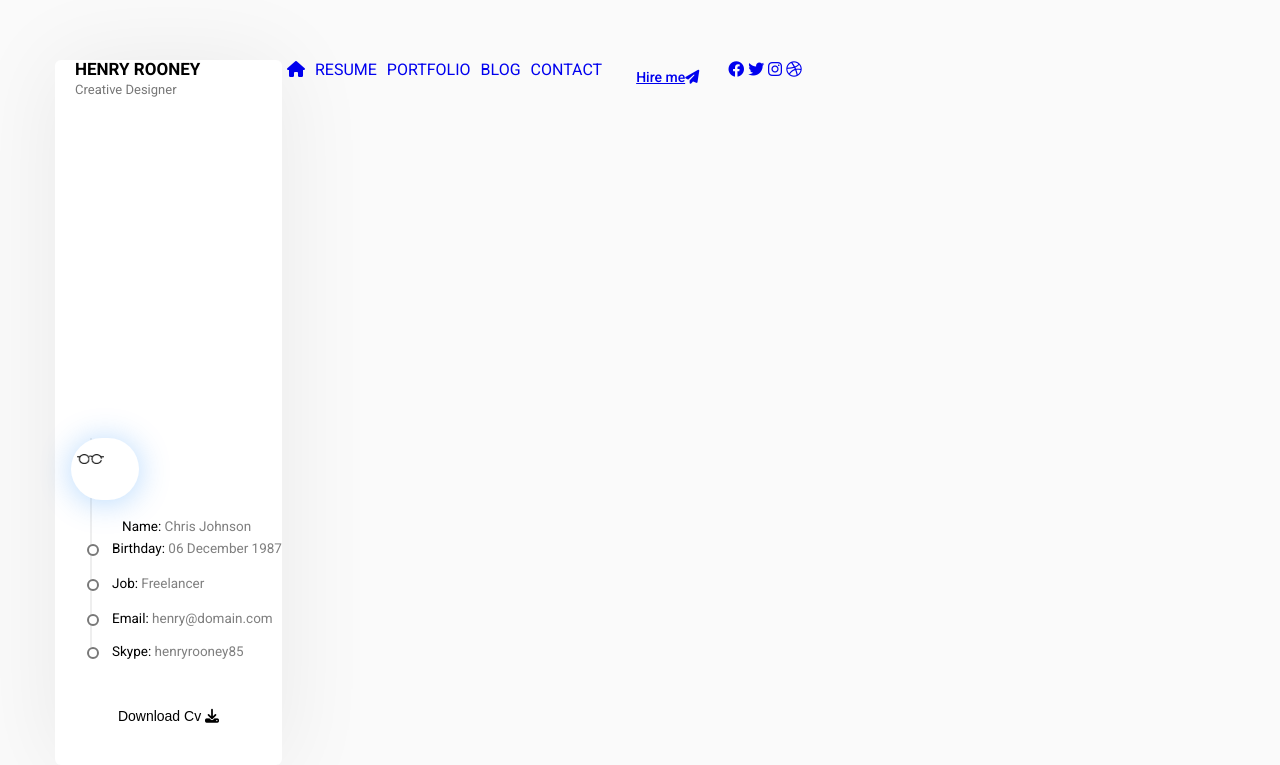
Repository: Lehuyhuynh/mat
Page: index.html
The author's editor kept a copy of each file at every save. The page is drawn from the files as they stood at one save, then again after the next save.
The browser window is 1280 px wide. The pictures show the whole page.

Above is the page before, as saved 2023-04-12 14:06:43.

After the next save:
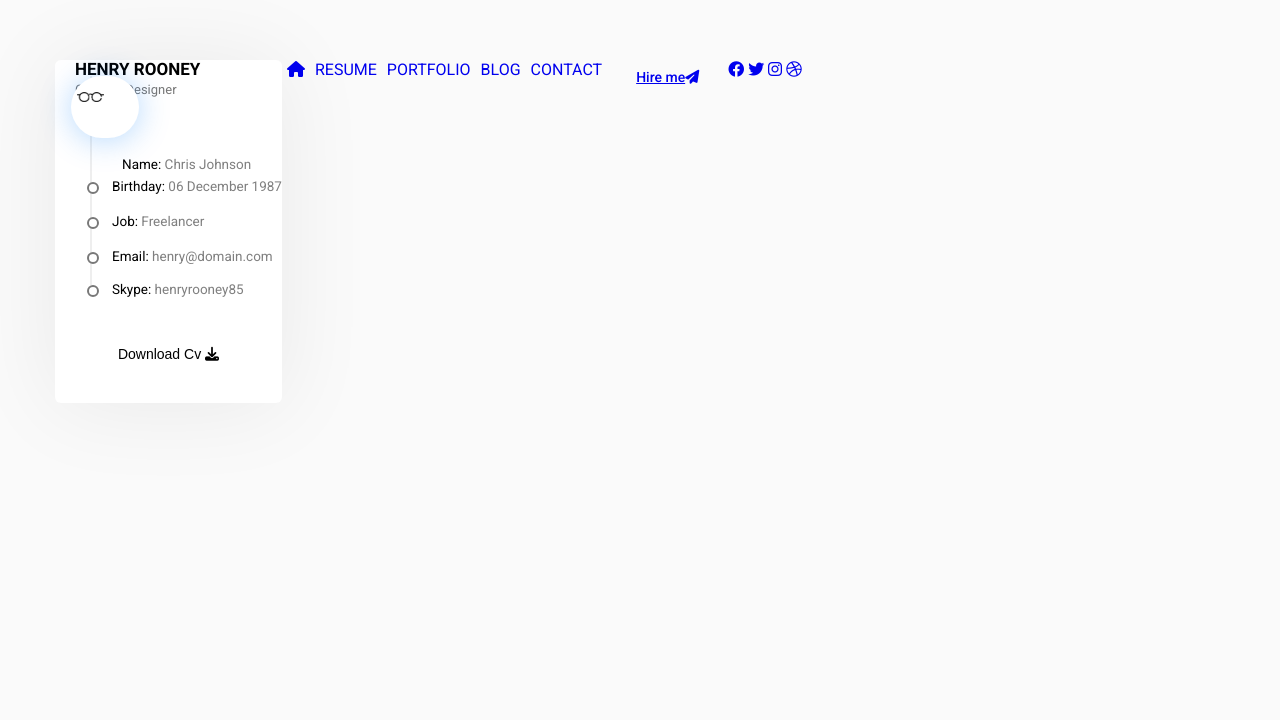
Saved 28 s later.
--- a/index.html
+++ b/index.html
@@ -40,7 +40,7 @@
 
                     </div>
 
-                    <figure class="profile-img" src="img/profile.jpg" alt="#"> </figure>
+                    <figure aclass="profile-img" src="img/profile.jpg" alt="#"> </figure>
 
 
                      <ul class="profile-information">

After the 2 saves that followed:
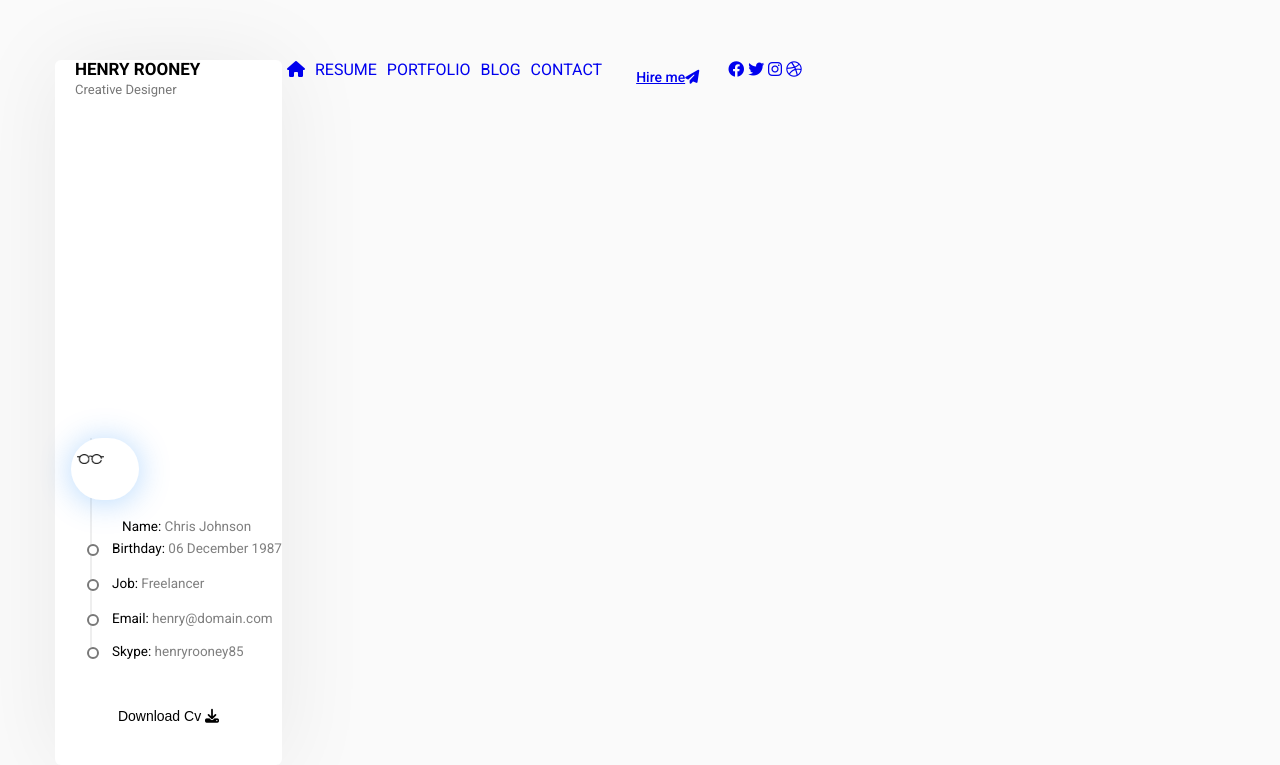
The 2 saves are shown as one change because they came seconds apart.
The last was saved 7 s later.
--- a/index.html
+++ b/index.html
@@ -40,7 +40,7 @@
 
                     </div>
 
-                    <figure aclass="profile-img" src="img/profile.jpg" alt="#"> </figure>
+                    <figure img class="profile-img" src="img/profile.jpg" alt="#"> </figure>
 
 
                      <ul class="profile-information">
